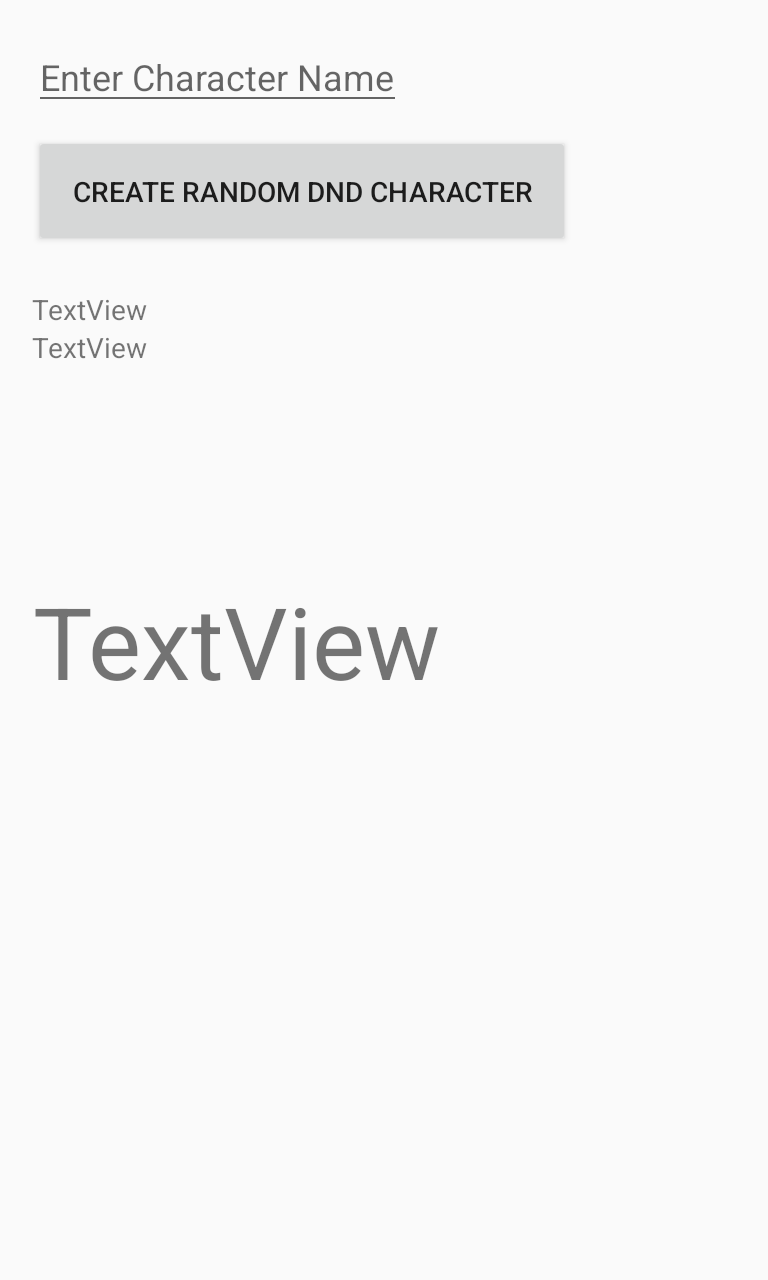
Repository: Vortelf/DnDAndroid
Layout: BuildApp/DnD/res/layout/activity_random_char.xml
These files come from the project's save history. The layout is drawn as it stood at one moment and after the next save; the edit follows.
It is drawn on a 768 x 1280 px phone screen (xhdpi) without system bars, with theme AppTheme; the app's code is not run.

Above is the layout before, as saved 2014-11-08 17:39:12.

### BuildApp/DnD/res/layout/activity_random_char.xml
<RelativeLayout xmlns:android="http://schemas.android.com/apk/res/android"
    xmlns:tools="http://schemas.android.com/tools"
    android:id="@+id/Char"
    android:layout_width="match_parent"
    android:layout_height="match_parent"
    android:paddingBottom="@dimen/activity_vertical_margin"
    android:paddingLeft="@dimen/activity_horizontal_margin"
    android:paddingRight="@dimen/activity_horizontal_margin"
    android:paddingTop="@dimen/activity_vertical_margin"
    tools:context="vortelf.dnd.RandomCharActivity" >


    <EditText
        android:id="@+id/inputCharName"
        android:layout_width="wrap_content"
        android:layout_height="wrap_content"
        android:hint="@string/inputCharName"
        android:gravity="center_horizontal"
        />


    <Button
        android:id="@+id/RandomButton"
        android:layout_width="wrap_content"
        android:layout_height="wrap_content"
        android:layout_alignParentTop="true"
        android:layout_marginTop="50dp"
        android:gravity="center_horizontal"
        android:padding="20dp"
        android:text="@string/random_button" />

    <TextView
        android:id="@+id/CharName"
        android:layout_width="wrap_content"
        android:layout_height="wrap_content"
        android:layout_marginTop="20dp"
        android:layout_below="@+id/RandomButton"
        android:gravity="center_horizontal"
        android:text="TextView" />

    <TextView
        android:id="@+id/CharStats"
        android:layout_width="wrap_content"
        android:layout_height="wrap_content"
        android:layout_below="@+id/CharName"
        android:gravity="center_horizontal"
        android:text="TextView" />

   	<TextView
   	    android:id="@+id/Roller"
   	    android:layout_width="wrap_content"
   	    android:layout_height="wrap_content"
   	    android:layout_below="@+id/CharStats"
   	    android:layout_marginTop="104dp"
   	    android:text="TextView"
   	    android:gravity="center_horizontal"
        android:textSize="50sp" />

</RelativeLayout>

### BuildApp/DnD/res/values/strings.xml
<?xml version="1.0" encoding="utf-8"?>
<resources>

    <string name="app_name">DnD</string>
    <string name="action_settings">Settings</string>
	<string name="random_button">Create Random DnD Character</string>
	<string name="inputCharName">Enter Character Name</string>
</resources>

Loaded but not shown: BuildApp/DnD/res/values/styles.xml (common file); BuildApp/DnD/res/values-v11/styles.xml (common file); BuildApp/DnD/res/values-v14/styles.xml (common file); BuildApp/DnD/res/values/dimens.xml (common file); BuildApp/DnD/res/values-w820dp/dimens.xml (common file)

After the next save:
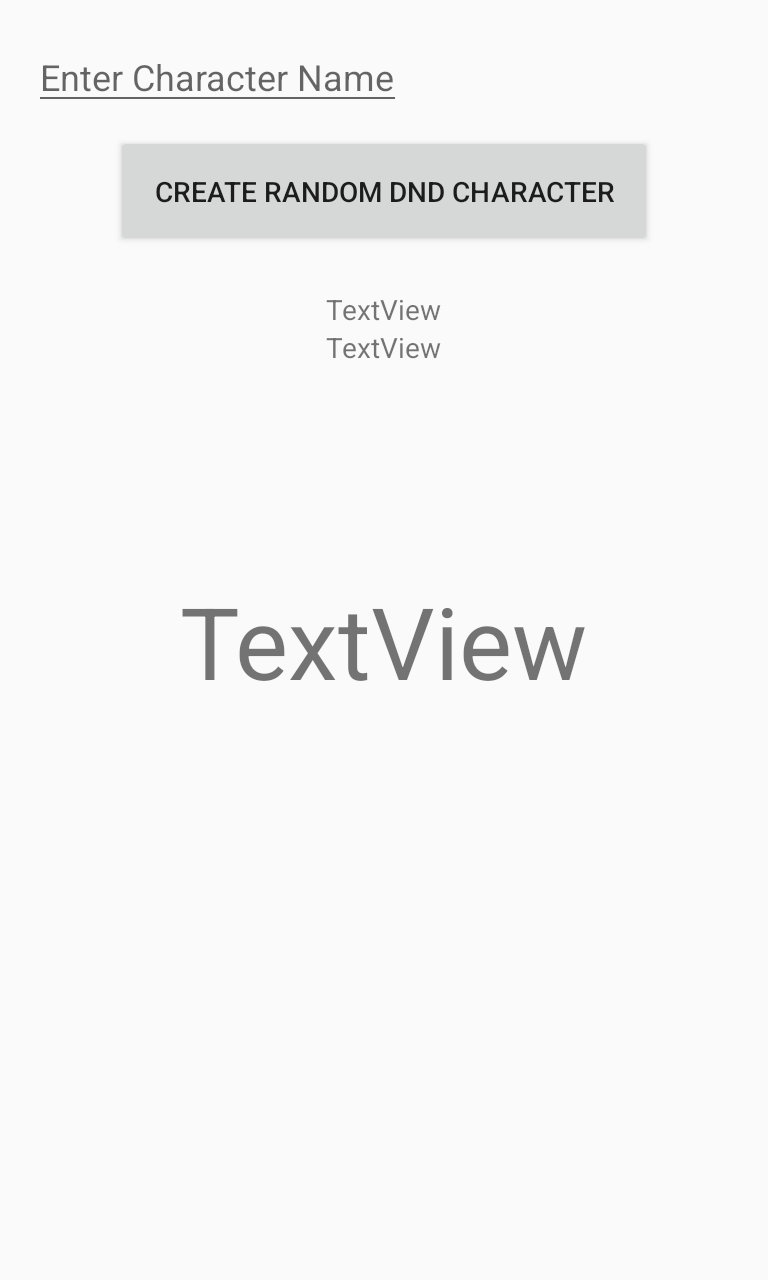
Saved 31 s later.
--- a/BuildApp/DnD/res/layout/activity_random_char.xml
+++ b/BuildApp/DnD/res/layout/activity_random_char.xml
@@ -15,7 +15,7 @@
         android:layout_width="wrap_content"
         android:layout_height="wrap_content"
         android:hint="@string/inputCharName"
-        android:gravity="center_horizontal"
+        android:gravity=""
         />
 
 
@@ -24,6 +24,7 @@
         android:layout_width="wrap_content"
         android:layout_height="wrap_content"
         android:layout_alignParentTop="true"
+        android:layout_centerHorizontal="true"
         android:layout_marginTop="50dp"
         android:gravity="center_horizontal"
         android:padding="20dp"
@@ -35,7 +36,7 @@
         android:layout_height="wrap_content"
         android:layout_marginTop="20dp"
         android:layout_below="@+id/RandomButton"
-        android:gravity="center_horizontal"
+        android:layout_centerHorizontal="true"
         android:text="TextView" />
 
     <TextView
@@ -43,17 +44,17 @@
         android:layout_width="wrap_content"
         android:layout_height="wrap_content"
         android:layout_below="@+id/CharName"
-        android:gravity="center_horizontal"
+        android:layout_centerHorizontal="true"
         android:text="TextView" />
 
    	<TextView
    	    android:id="@+id/Roller"
    	    android:layout_width="wrap_content"
    	    android:layout_height="wrap_content"
+   	    android:layout_centerHorizontal="true"
    	    android:layout_below="@+id/CharStats"
    	    android:layout_marginTop="104dp"
    	    android:text="TextView"
-   	    android:gravity="center_horizontal"
-        android:textSize="50sp" />
+   	    android:textSize="50sp" />
 
 </RelativeLayout>
